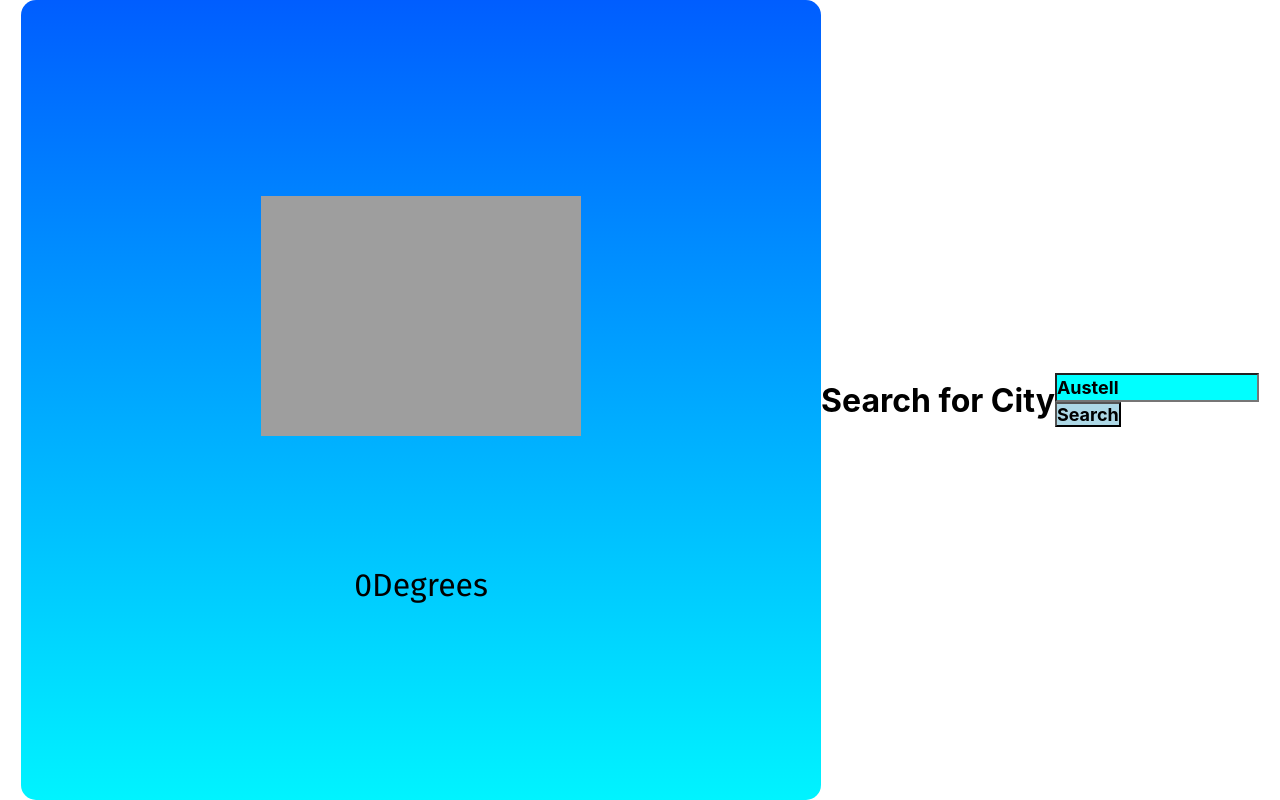
Repository: sayrilamar/chumsweatherapp
Page: /
The author's editor kept a copy of each file at every save. The page is drawn from the files as they stood at one save, then again after the next save.
The browser window is 1280 px wide. The pictures show the whole page.
Pictures or frames that could not be fetched are drawn as grey boxes. The page's requests for data from a server got no answer. The project was rebuilt for these pictures with package versions that can differ from the ones it lists, and the page was loaded fresh each time. No one was signed in, and anything a server would have sent is missing.

Above is the page before, as saved 2020-04-19 08:25:21.

### src/index.css
* {
  margin: 0;
  padding: 0;
  font-family: -apple-system, BlinkMacSystemFont, 'Segoe UI', 'Roboto', 'Oxygen',
    'Ubuntu', 'Cantarell', 'Fira Sans', 'Droid Sans', 'Helvetica Neue',
    sans-serif;
  -webkit-font-smoothing: antialiased;
  -moz-osx-font-smoothing: grayscale;
}

### src/App.js
import React, {useState, useEffect} from "react";
import "./App.css";
import WeatherCard from "./components/WeatherCard/component.js";

function App() {
  const [query,
    setQuery] = useState("Austell");
  const [weather,
    setWeather] = useState({temp: null, city: null, condition: null, country: null, description: null});

  const data = async q => {
    const apiRes = await fetch(`http://api.openweathermap.org/data/2.5/weather?q=${q}&units=imperial&APPID=ab0ef440364092f54ff821ca2b803163`);
    const resJSON = await apiRes.json();
    return resJSON;
  };

  const handleSearch = e => {
    data(query).then(res => console.log(res));
    e.preventDefault();
    data(query).then(res => {
      setWeather({temp: res.main.temp, city: res.name, condition: res.weather[0].main, country: res.sys.country, description: res.weather[0].description});
    });
  };

  // runs once the dom is loaded for the first time only, because there is no
  // variable being watched in the dependency array
  useEffect(() => {
    data(query).then(res => {
      setWeather({temp: res.main.temp, city: res.name, condition: res.weather[0].main, country: res.sys.country, description: res.weather[0].description});
    });
  }, []);

  return (
    <div className="App">
      <div>
        <WeatherCard
          temp={Math.round(weather.temp)}
          condition={weather.condition}
          city={weather.city}
          state={weather.country}
          description={weather.description}/>
      </div>
      <h1>Search for City</h1>
      <form>
        <div>
          <input
            className="input"
            value={query}
            onChange={e => setQuery(e.target.value)}/>
        </div>
        <div>
          <button className="button" onClick={e => handleSearch(e)}>
            Search
          </button>
        </div>
      </form>
    </div>
  );
}

export default App;

### src/App.css
@import url("https://fonts.googleapis.com/css?family=Merriweather|Fira+Sans&display=swap");

.App {
  margin: 0 auto;
  color: white;
  display: flex;
  justify-content: center;
  align-items: center;
}

h1 {
  color: black;
}

.input {
  background-color: aqua;
  font-weight: bold;
  height: 25px;
  width: 200px;
  font-size: large;
}

.button {
  height: fit-content;
  font-size: large;
  font-weight: bold;
  background-color: lightblue
}

### src/components/WeatherCard/component.js
import React from "react";
import styled from "@emotion/styled";
import Location from "./Location";
import Icon from "./Icon";
import Condition from "./Condition";

const WeatherCard = ({temp, condition, city, state, description}) => {
    let highColor = 0;
    let lowColor = 0;
    let bg = null;

    if (temp > 53.6) {
        highColor = (1 - (temp - 53.6) / 50.4) * 255;
        lowColor = highColor - 150;
        bg = `linear-gradient(
            to top,
            rgb(255, ${highColor}, 0),
            rgb(255, ${lowColor}, 0)
          )`;
    } else if (temp <= 53.6) {
        highColor = (1 - (temp + 4) / 89) * 255;
        lowColor = highColor - 150;
        bg = `linear-gradient(
            to top,
            rgb(0, ${highColor}, 255),
            rgb(0, ${lowColor}, 255)
          )`;
    }

    const Card = styled.div `
    margin: 0 auto;
    background: ${bg};
    width: 800px;
    height: 800px;
    display: flex;
    flex-direction: column;
    justify-content: space-around;
    align-items: center;
    border-radius: 15px;
  `;

    return (
        <Card>
            <Location city={city} state={state}/>
            <Icon condition={condition}/>
            <Condition temp={temp} condition={condition} description={description}/>
        </Card>
    );
};

export default WeatherCard;

### src/components/WeatherCard/Location.js
import React from "react";
import styled from "@emotion/styled";

const Location = ({city, state}) => {
  const Container = styled.div `
    text-align: center;
  `;

  const City = styled.h1 `
    font-family: "Merriweather", sans-serif;
    font-size: 1.6rem;
  `;

  const Country = styled.h3 `
    font-family: "Fira Sans", sans-serif;
    font-size: 1.1rem;
  `;

  return (
    <Container>
      <City>{city}</City>
      <Country>{state}</Country>
    </Container>
  );
};

export default Location;

### src/components/WeatherCard/Icon.js
import React from "react";
import styled from "@emotion/styled";

// https://openweathermap.org/weather-conditions
const Icon = ({condition}) => {
  let icon;
  switch (condition) {
    case "Clouds":
      icon = `02d@2x`;
      break;
    case "Clear":
      icon = `01d@2x`;
      break;
    case "Haze":
      icon = `50d@2x`;
      break;
    case "Fog":
      icon = `50d@2x`;
      break;
    case "Tornado":
      icon = `50d@2x`;
      break;
    case "Dust":
      icon = `50d@2x`;
      break;
    case "Mist":
      icon = `50d@2x`;
      break;
    case "Snow":
      icon = `13d@2x`;
      break;
    case "Rain":
      icon = `10d@2x`;
      break;
    case "Drizzle":
      icon = `11d@2x`;
      break;
    case "Thunderstorm":
      icon = `11d@2x`;
      break;
    default:
      icon = ``;
      break;
  }

  const Icon = styled.img `
    width: 40%;
  `;

  return (<Icon src={`http://openweathermap.org/img/wn/${icon}.png`} alt="Weather Icon"/>);
};

export default Icon;

### src/components/WeatherCard/Condition.js
import React, {Fragment} from "react";
import styled from "@emotion/styled";

const Condition = ({temp, condition, description}) => {
  const Temp = styled.h1 `
    font-family: "Fira Sans", sans-serif;
    font-size: 2rem;
    font-weight: 200;
  `;

  const State = styled.h3 `
    font-family: "Merriweather", sans-serif;
    font-size: 1.2rem;
  `;

  return (
    <Fragment>
      <Temp>
        {temp}
        Degrees
      </Temp>
      <State>{description}</State>
    </Fragment>
  );
};

export default Condition;

Loaded but not shown: public/index.html (common file); src/index.js (common file); src/serviceWorker.js (common file)

After the next save:
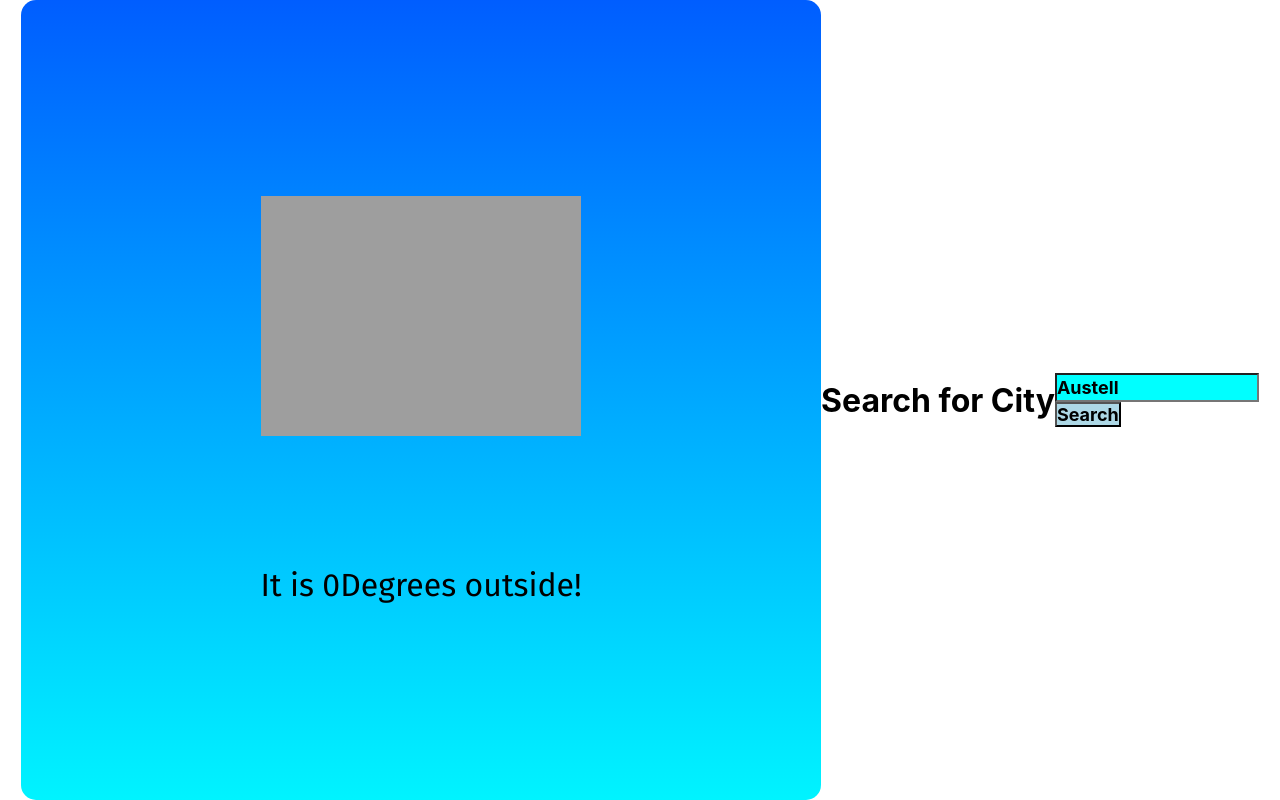
Saved 89 s later.
--- a/src/components/WeatherCard/Condition.js
+++ b/src/components/WeatherCard/Condition.js
@@ -16,8 +16,8 @@ const Condition = ({temp, condition, description}) => {
   return (
     <Fragment>
       <Temp>
-        {temp}
-        Degrees
+        It is {temp}
+        Degrees outside!
       </Temp>
       <State>{description}</State>
     </Fragment>
